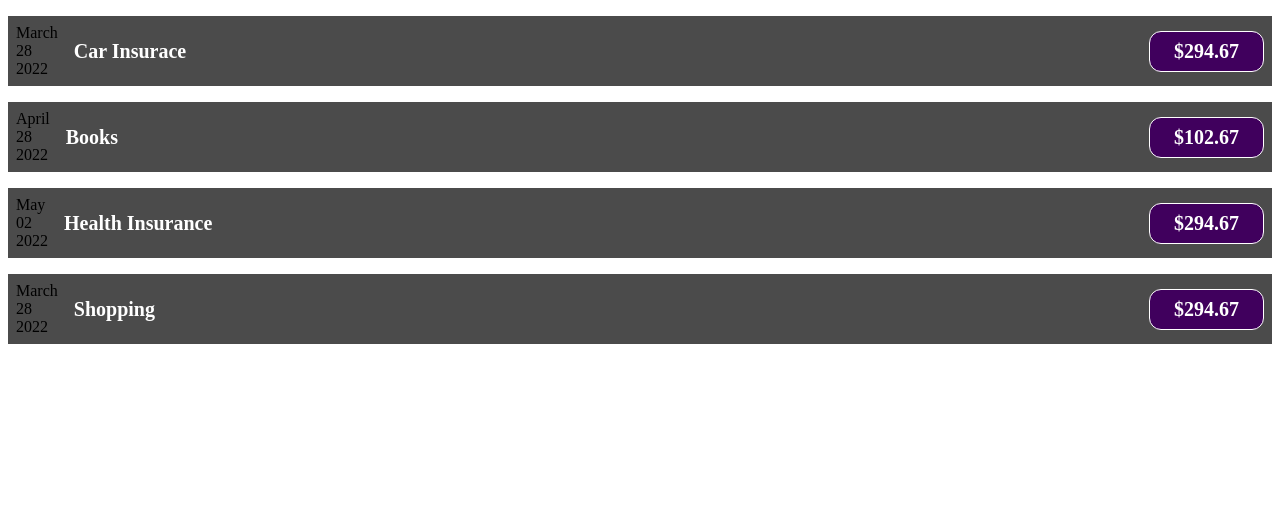
Repository: AbrorjonKuchkarov/expence-tracker-react
Page: /
The author's editor kept a copy of each file at every save. The page is drawn from the files as they stood at one save, then again after the next save.
The browser window is 1280 px wide. The pictures show the whole page.
The project was rebuilt for these pictures with package versions that can differ from the ones it lists, and the page was loaded fresh each time. Also part of the build but not shown: src/App.css.

Above is the page before, as saved 2022-04-13 16:11:13.

### src/App.js
import "./App.css";
import ExpenseItem from "./components/ExpenseItem";

function App() {
  const expenses = [
    {
      id: "01",
      title: "Car Insurace",
      amount: 294.67,
      date: new Date(2022, 2, 28),
    },
    {
      id: "02",
      title: "Books",
      amount: 102.67,
      date: new Date(2022, 3, 28),
    },
    {
      id: "03",
      title: "Health Insurance",
      amount: 294.67,
      date: new Date(2022, 4, 2),
    },
    {
      id: "04",
      title: "Shopping",
      amount: 294.67,
      date: new Date(2022, 2, 28),
    },
  ];
  return (
    <div>
      <ExpenseItem
        title={expenses[0].title}
        amount={expenses[0].amount}
        date={expenses[0].date}
      ></ExpenseItem>
      <ExpenseItem
        title={expenses[1].title}
        amount={expenses[1].amount}
        date={expenses[1].date}
      ></ExpenseItem>
      <ExpenseItem
        title={expenses[2].title}
        amount={expenses[2].amount}
        date={expenses[2].date}
      ></ExpenseItem>
      <ExpenseItem
        title={expenses[3].title}
        amount={expenses[3].amount}
        date={expenses[3].date}
      ></ExpenseItem>
    </div>
  );
}

export default App;

### src/components/ExpenseItem.js
import React from "react";
import "./ExpenseItem.css";
import ExpenseDate from "./ExpenseDate";

const ExpenseItem = (props) => {
  return (
    <div className="expense-item">
      <ExpenseDate date={props.date} />
      <div className="expense-item__description">
        <h2>{props.title}</h2>
        <div className="expense-item__price">${props.amount}</div>
      </div>
    </div>
  );
};

export default ExpenseItem;

### src/components/ExpenseItem.css
.expense-item{
   display: flex;
   justify-content: space-between;
   align-items: center;
   box-shadow: 0, 2px, 8px rgba(0,0,0,0.25);
   padding: 0.5rem;
   margin: 1rem 0;
   background-color: #4b4b4b;
}

.expense-item__description{
   display: flex;
   flex-direction: column;
   gap: 1rem;
   align-items: flex-end;
   flex-flow: column-reverse;
   justify-content: flex-start;
   flex: 1;
}

.expense-item h2{
   color: #3a3a3a;
   font-size: 1rem;
   flex: 1;
   margin: 0 1rem;
   color: white;
}

.expense-item__price {
   font-size: 1rem;
   font-weight: bold;
   color: white;
   background-color: #40005d;
   border: 1px solid white;
   padding: 0.5rem;
   border-radius: 12px;
}

@media (min-width: 580px){
   .expense-item__description{
      flex-direction: row;
      align-items: center;
      justify-content: flex-start;
      flex: 1;
   }

   .expense-item__description h2 {
      font-size: 1.25rem;
   }

   .expense-item__price {
      font-size: 1.25rem;
      padding: 0.5rem 1.5rem;
   }
}

### src/components/ExpenseDate.js
import React from "react";
import "./ExpenseDate.css";

const ExpenseDate = (props) => {
  const month = props.date.toLocaleString("en-US", { month: "long" });
  const day = props.date.toLocaleString("en-US", { day: "2-digit" });
  const year = props.date.getFullYear();

  return (
    <div>
      <div>{month}</div>
      <div>{day}</div>
      <div>{year}</div>
    </div>
  );
};

export default ExpenseDate;

### src/components/ExpenseDate.css
.expense-date {
   display: flex;
   flex-direction: column;
   width: 5.5rem;
   height: 5.5rem;
   border: 1px solid #ececec;

}

Loaded but not shown: public/index.html (common file); src/index.js (common file)

After the next save:
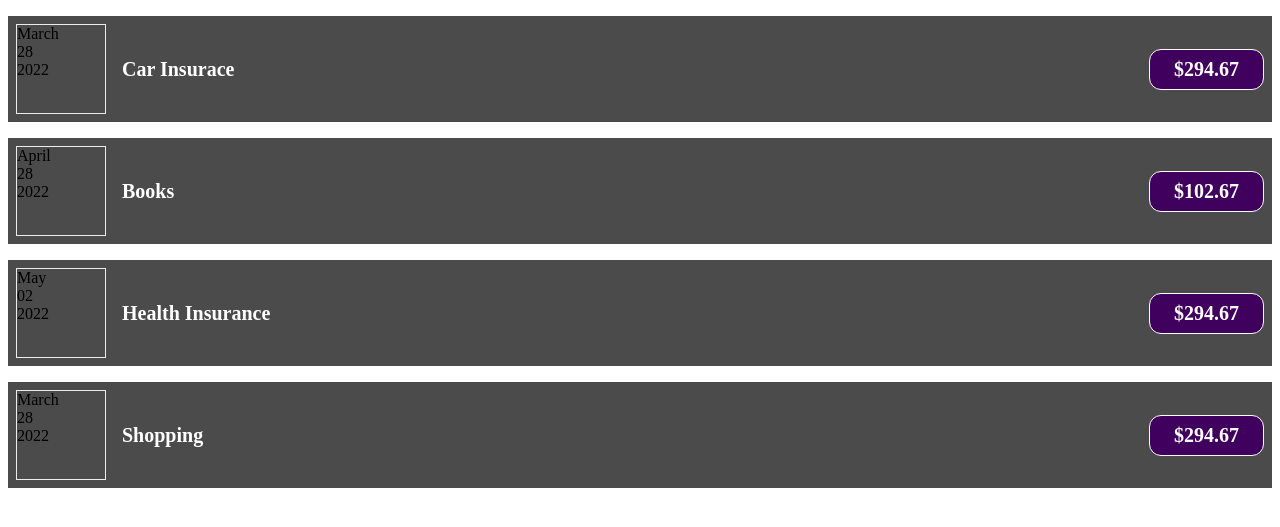
Saved 79 s later.
--- a/src/components/ExpenseDate.js
+++ b/src/components/ExpenseDate.js
@@ -7,7 +7,7 @@ const ExpenseDate = (props) => {
   const year = props.date.getFullYear();
 
   return (
-    <div>
+    <div className="expense-date">
       <div>{month}</div>
       <div>{day}</div>
       <div>{year}</div>
